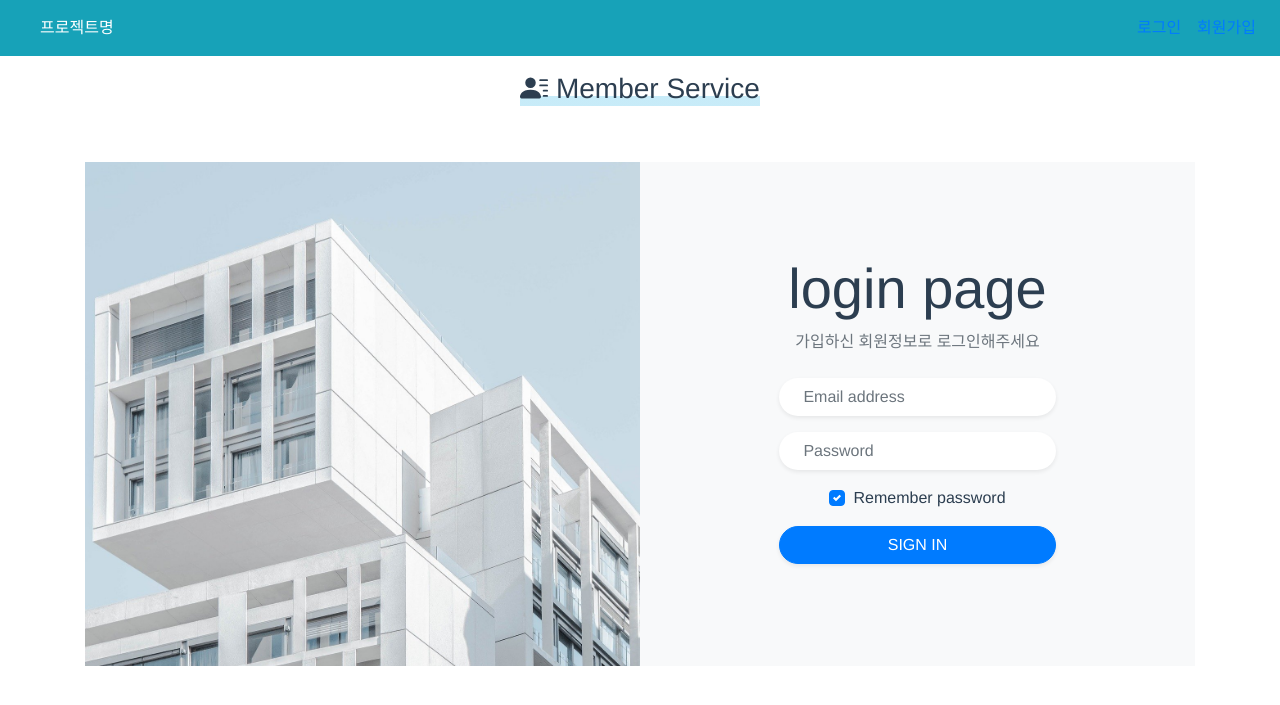
Repository: cheery72/Project_Real_estate
Page: /user/singin (app in frontend/)
The author's editor kept a copy of each file at every save. The page is drawn from the files as they stood at one save, then again after the next save.
The browser window is 1280 px wide. The pictures show the whole page.
The project was rebuilt for these pictures with package versions that can differ from the ones it lists, and the page was loaded fresh each time. Also part of the build but not shown: frontend/vue.config.js, frontend/src/components/user/child/MemberJoinForm.vue, frontend/src/components/user/MemberJoin.vue, frontend/src/components/user/child/MemberInfoForm.vue, frontend/src/components/user/MemberMyPage.vue, frontend/src/components/user/BookMarkListRow.vue, frontend/src/components/user/MemberMyBookmark.vue. Imported but missing from the stored project, and not drawn on this page: frontend/src/views/Home.vue.

Above is the page before, as saved 2021-11-25 11:13:57.

### frontend/src/main.js
import Vue from "vue";
import App from "./App.vue";
import router from "./router";
import store from "./store";
import { BootstrapVue, IconsPlugin } from "bootstrap-vue";
import memberStore from "@/store/modules/memberStore";
import "bootstrap/dist/css/bootstrap.css";
import "bootstrap-vue/dist/bootstrap-vue.css";

// Make BootstrapVue available throughout your project
Vue.use(BootstrapVue);
// Optionally install the BootstrapVue icon components plugin
Vue.use(IconsPlugin);

Vue.config.productionTip = false;

new Vue({
  router,
  store,
  async beforeCreate() {
    let token = sessionStorage.getItem("access-token");
    if (memberStore.state.userInfo == null && token) {
      await memberStore.dispatch("getUserInfo", token);
    }
  },

  render: (h) => h(App),
}).$mount("#app");

### frontend/src/App.vue
<template>
  <div id="app">
    <nav-bar />
    <router-view />
  </div>
</template>

<script>
import NavBar from "@/components/layout/NavBar.vue"

export default {
  components:{
    NavBar,
  }
}

</script>

<style>
#app {
  font-family: Avenir, Helvetica, Arial, sans-serif;
  -webkit-font-smoothing: antialiased;
  -moz-osx-font-smoothing: grayscale;
  text-align: center;
  color: #2c3e50;
}

#nav {
  padding: 30px;
}

#nav a {
  font-weight: bold;
  color: #2c3e50;
}

#nav a.router-link-exact-active {
  color: #42b983;
}
</style>

### frontend/src/router/index.js
import Vue from "vue";
import VueRouter from "vue-router";
import Home from "../views/Home.vue";

import Member from "@/views/Member.vue";
import MemberJoin from "@/components/user/MemberJoin.vue";
import MemberLogin from "@/components/user/MemberLogin.vue";

import MemberMyPage from "@/components/user/MemberMyPage.vue";
import MemberMyBookmark from "@/components/user/MemberMyBookmark.vue";
import store from "@/store/index.js";

// https://router.vuejs.org/kr/guide/advanced/navigation-guards.html
const onlyAuthUser = async (to, from, next) => {
  //어디로 갈건지, 이전, 다음페이지
  // console.log(store);
  const checkUserInfo = store.getters["memberStore/checkUserInfo"]; //checkUserInfo의 리턴값을 가져와라
  const getUserInfo = store._actions["memberStore/getUserInfo"]; //getUserInfo의 리턴값을 가져와라
  let token = sessionStorage.getItem("access-token");
  if (checkUserInfo == null && token) {
    await getUserInfo(token); //서버에 가서 정상적인 토큰인지 검사해라 .. 여기서 정상적인사람이면 서버가 UserInfo를 준다.
  }
  if (checkUserInfo === null) {
    //서버에 갔다왔는데도 null이면...
    alert("로그인이 필요한 페이지입니다..");
    // next({ name: "SignIn" });
    router.push({ name: "SignIn" });
  } else {
    //정상적인 사람이니까 다음페이지로 갈수 있도록 적용(밑에 beforeEnter붙은 것들)
    console.log("로그인 했다.");
    next();
  }
};


Vue.use(VueRouter);

const routes = [
  {
    path: "/",
    name: "Home",
    component: Home,
  },
  {
    path: "/user",
    name: "Member",
    component: Member,
    children: [
      {
        path: "singin",
        name: "SignIn",
        component: MemberLogin,
      },
      {
        path: "singup",
        name: "SignUp",
        component: MemberJoin,
      },
      {
        path: "mybookmark",
        name: "MyBookmark",
        component: MemberMyBookmark,
      },
      {
        path: "mypage",
        name: "MyPage",
        beforeEnter: onlyAuthUser,
        component: MemberMyPage,
      },
    ],
  },
];

const router = new VueRouter({
  mode: "history",
  base: process.env.BASE_URL,
  routes,
});

export default router;

### frontend/src/store/index.js
import Vue from "vue";
import Vuex from "vuex";
import http from "@/js/http-common.js";
import createPersistedState from "vuex-persistedstate";
import memberStore from "@/store/modules/memberStore.js";

Vue.use(Vuex);

export default new Vuex.Store({
  state: {
    sidos: [{ value: null, text: "선택하세요" }],
    guguns: [{ value: null, text: "선택하세요" }],
    dongs: [{ value: null, text: "선택하세요" }],
    apts: [],
    apt: null,
    positions: [],
    cctvs: [],
    dongName: null,
    subways: [],
    schools: [],
    // bookmark: null,
    // bookmarks: [],
  },
  mutations: {
    // 시도 리스트
    SET_SIDO_LIST(state, sidos) {
      sidos.forEach((sido) => {
        state.sidos.push({ value: sido.sidoCode, text: sido.sidoName });
      });
    },
    CLEAR_SIDO_LIST(state) {
      state.guguns = [{ value: null, text: "선택하세요" }];
    },
    // 구군 리스트
    SET_GUGUN_LIST(state, guguns) {
      guguns.forEach((gugun) => {
        state.guguns.push({ value: gugun.gugunCode, text: gugun.gugunName });
      });
    },
    CLEAR_GUGUN_LIST(state) {
      state.guguns = [{ value: null, text: "선택하세요" }];
    },
    // 동 리스트
    SET_DONG_LIST(state, dongs) {
      dongs.forEach((dong) => {
        state.dongs.push({
          value: [dong.dongCode, dong.dongName],
          text: dong.dongName,
        });
      });
    },
    CLEAR_DONG_LIST(state) {
      state.dongs = [{ value: null, text: "선택하세요" }];
    },
    // 해당 구,동 아파트 리스트
    SET_APT_LIST(state, apts) {
      state.apts = apts;
      state.dongName = apts[0].dongName;
    },
    CLEAR_APT_LIST(state) {
      state.positions = [];
    },
    // 아파트 선택시 세부사항
    SET_DETAIL_APT(state, apt) {
      state.apt = apt;
    },
    // cctv 정보
    SET_CCTV_LIST(state, cctv) {
      state.cctvs = cctv;
    },
    // 지하철 정보
    SET_SUBWAY_LIST(state, subway) {
      state.subways = subway;
    },
    // 학교 정보
    SET_SCHOOL_LIST(state, school) {
      state.schools = school;
    },
    // SET_DETAIL_BOOKMARK(state, apt) {
    //   state.bookmark = apt;

    // }
  },
  actions: {
    // 셀렉트바 시도 가져오기
    getSido({ commit }) {
      http
        .get(`/apt/sido`)
        .then((response) => {
          commit("SET_SIDO_LIST", response.data);
        })
        .catch((error) => {
          console.log(error);
        });
    },
    getGugun({ commit }, sidoCode) {
      const params = { sido: sidoCode };
      http
        .get(`/apt/gugun`, { params })
        .then((response) => {
          commit("SET_GUGUN_LIST", response.data);
        })
        .catch((error) => {
          console.log(error);
        });
    },
    getDong({ commit }, gugunCode) {
      const params = { gugun: gugunCode };
      http
        .get(`/apt/dongname`, { params })
        .then((response) => {
          commit("SET_DONG_LIST", response.data);
        })
        .catch((error) => {
          console.log(error);
        });
    },
    getAptList({ commit }, dongCode) {
      const params = { dong: dongCode };
      http
        .get(`/apt/aptinfo`, { params })
        .then((response) => {
          commit("SET_APT_LIST", response.data);
        })
        .catch((error) => {
          console.log(error);
        });
    },
    getCctvList({ commit }, dongName) {
      const params = { dong: dongName };
      http
        .get(`/cctv/cctvinfo`, { params })
        .then((response) => {
          commit("SET_CCTV_LIST", response.data);
        })
        .catch((error) => {
          console.log(error);
        });
    },
    getSubwayList({ commit }) {
      http
        .get(`/subway/subwayinfo`)
        .then((response) => {
          commit("SET_SUBWAY_LIST", response.data);
        })
        .catch((error) => {
          console.log(error);
        });
    },
    getSchoolList({ commit }, dongName) {
      const params = { dong: dongName };
      http
        .get(`/school/schoolinfo`, { params })
        .then((response) => {
          commit("SET_SCHOOL_LIST", response.data);
        })
        .catch((error) => {
          console.log(error);
        });
    },
    // detailBookmark({ commit }, apt) {
    //   commit("SET_DETAIL_BOOKMARK", apt)

    // }
  },
  modules: { memberStore },
  plugins: [
    createPersistedState({
      // 브라우저 종료시 제거하기 위해 localStorage가 아닌 sessionStorage로 변경. (default: localStorage)
      storage: sessionStorage,
    }),
  ],
});

### frontend/src/store/modules/memberStore.js
import jwt_decode from "jwt-decode";
import { login } from "@/api/member.js";
import { findById } from "@/api/member";
import http from "@/js/http-common.js";


const memberStore = {
  namespaced: true,
  state: {
    isLogin: false,
    isLoginError: false,
    userInfo: null,
    bookmark: [],
    bookmarks: [],
  },
  getters: {
    checkUserInfo: function (state) {
      return state.userInfo;
    },
  },
  mutations: {
    SET_IS_LOGIN: (state, isLogin) => {
      state.isLogin = isLogin;
    },
    SET_IS_LOGIN_ERROR: (state, isLoginError) => {
      state.isLoginError = isLoginError;
    },
    SET_USER_INFO: (state, userInfo) => {
      state.isLogin = true;
      state.userInfo = userInfo;
    },
    SET_BOOKMARK_LIST(state, apt){
      // 배열에 추가
      state.bookmark.push(apt);
    },
    SET_BOOKMARK_INFO(state, mark){
      // state.bookmarks = mark;
      state.bookmarks.push(mark);
    },
    SET_BOOKMARK_LIST_INFO(state, bookmarklist) {
      state.bookmarks = bookmarklist;
    }
  },
  actions: {
    async userConfirm({ commit }, user) {
      await login(
        user,
        (response) => {
          if (response.data.message === "success") {
            let token = response.data["access-token"];
            commit("SET_IS_LOGIN", true);
            commit("SET_IS_LOGIN_ERROR", false);
            sessionStorage.setItem("access-token", token);

          } else {
            commit("SET_IS_LOGIN", false);
            commit("SET_IS_LOGIN_ERROR", true);
          }
        },
        () => {}
      );
    },
    getUserInfo({ commit }, token) {
      let decode_token = jwt_decode(token);
      findById(
        decode_token.userid,
        (response) => {
          if (response.data.message === "success") {
            commit("SET_USER_INFO", response.data.userInfo);
          } else {
            console.log("유저 정보 없음!!");
          }
        },
        (error) => {
          console.log(error);
        }
      );
    },
    getBookmark({ commit }, mark) {//등록

      let decode_token = jwt_decode(sessionStorage.getItem("access-token"));

      const params = { bookmark: mark.aptCode, accesstoken: decode_token.userid };
      console.log("파라미터출력",params);

      http
      .post(`/bookmark/register`, params)
      .then((response) => {
        console.log("response출력");
        console.log(response.data);
        commit("SET_BOOKMARK_INFO", response.data);
      }).catch((error) => {
        console.log("에러출력");
        console.log(error);
      })
    },

    getBookmarkList({ commit }) {

      let decode_token = jwt_decode(sessionStorage.getItem("access-token"));
      const userid= decode_token.userid;

      http.get(`/bookmark/list/${userid}`).then(({ data }) => {

        console.log("북마크조회 결과", data);
        commit("SET_BOOKMARK_LIST_INFO", data.result);
         });

    }
  },
};

export default memberStore;

### frontend/src/components/layout/NavBar.vue
<template>
  <div>
  <b-navbar toggleable="lg" type="dark" variant="info">
    <b-navbar-brand href="#"></b-navbar-brand>

    <b-navbar-toggle target="nav-collapse"></b-navbar-toggle>

    <b-collapse id="nav-collapse" is-nav>
      <b-navbar-nav>
        <b-nav-item href="#"
            ><router-link :to="{ name: 'Home' }" class="link" style="color: white"
            >프로젝트명</router-link
            ></b-nav-item
          >
      </b-navbar-nav>

      <!-- Right aligned nav items -->
      <b-navbar-nav class="ml-auto" v-if="userInfo">
          <b-nav-item class="align-self-center"
            ><b-avatar
              variant="primary"
              v-text="userInfo ? userInfo.userid.charAt(0).toUpperCase() : ''"
            ></b-avatar
            >{{ userInfo.username }}({{ userInfo.userid }})님
            환영합니다.</b-nav-item
          >
          <b-nav-item class="align-self-center"
            ><router-link
              :to="{ name: 'MyPage' }"
              class="link align-self-center" style="color: white"
              >내정보보기</router-link
            ></b-nav-item
          >
           <b-nav-item href="#" class="link align-self-center"
            ><router-link :to="{ name: 'MyBookmark' }" class="link" style="color: white"
              >내관심지역</router-link
            ></b-nav-item
          >
          <b-nav-item
            class="link align-self-center"
            @click.prevent="onClickLogout"
            >로그아웃</b-nav-item
          >
        </b-navbar-nav>

        <!-- Right aligned nav items -->
        <b-navbar-nav class="ml-auto" v-else>
          <b-nav-item href="#"
            ><router-link :to="{ name: 'SignIn' }" class="link"
              >로그인</router-link
            ></b-nav-item
          >

          <b-nav-item href="#"
            ><router-link :to="{ name: 'SignUp' }" class="link"
              >회원가입</router-link
            ></b-nav-item
          >
        </b-navbar-nav>
    </b-collapse>
  </b-navbar>
</div>
</template>

<script>
import { mapState, mapMutations } from "vuex";

const memberStore = "memberStore";

export default {
  name: "NavBar",
  computed: {
    ...mapState(memberStore, ["isLogin", "userInfo"]),
  },
  methods: {
    ...mapMutations(memberStore, ["SET_IS_LOGIN", "SET_USER_INFO"]),
    onClickLogout() {
      this.SET_IS_LOGIN(false);
      this.SET_USER_INFO(null);
      sessionStorage.removeItem("access-token");
      if (this.$route.path != "/") this.$router.push({ name: "Home" });
    },
  },
};
</script>

<style>
a {
  color:azure;
}
</style>

### frontend/src/views/Member.vue
<template>
  <b-container class="bv-example-row mt-3 text-center">
    <h3 class="underline-steelblue">
      <b-icon icon="person-lines-fill"></b-icon> Member Service
    </h3>
    <router-view></router-view>
  </b-container>
</template>

<script>
export default {
  name: "Member",
};
</script>

<style scoped>
.underline-steelblue {
  display: inline-block;
  background: linear-gradient(
    180deg,
    rgba(255, 255, 255, 0) 70%,
    rgba(72, 190, 233, 0.3) 30%
  );
}
</style>

### frontend/src/components/user/MemberLogin.vue
<template>

 <div class="container-fluid">
   <br>
   <br>
    <div class="row no-gutter">
        <!-- The image half -->
        <div class="col-md-6 d-none d-md-flex bg-image"></div>


        <!-- The content half -->
        <div class="col-md-6 bg-light">
            <div class="login d-flex align-items-center py-5">

                <!-- Demo content-->
                <div class="container">
                    <div class="row">
                        <div class="col-lg-10 col-xl-7 mx-auto">
                            <h2 class="display-4">login page</h2>
                            <p class="text-muted mb-4">가입하신 회원정보로 로그인해주세요</p>
                            <form>
                                <div class="form-group mb-3">
                                    <input id="inputEmail" type="email" placeholder="Email address" required="" autofocus="" class="form-control rounded-pill border-0 shadow-sm px-4">
                                </div>
                                <div class="form-group mb-3">
                                    <input id="inputPassword" type="password" placeholder="Password" required="" class="form-control rounded-pill border-0 shadow-sm px-4 text-primary">
                                </div>
                                <div class="custom-control custom-checkbox mb-3">
                                    <input id="customCheck1" type="checkbox" checked class="custom-control-input">
                                    <label for="customCheck1" class="custom-control-label">Remember password</label>
                                </div>
                                <button type="submit" class="btn btn-primary btn-block text-uppercase mb-2 rounded-pill shadow-sm">Sign in</button>

                            </form>
                        </div>
                    </div>
                </div><!-- End -->

            </div>
        </div><!-- End -->

    </div>
</div>
</template>
<style>
.login,
.image {
  min-height: 70vh;
}

.bg-image {
  /* //background-image: url('https://therichpost.com/wp-content/uploads/2021/02/login-split.jpg'); */
  background-image: url("../../assets/apartment.jpg");
  background-size: cover;
  background-position: center center;
}
</style>



<script>
import { mapState, mapActions } from "vuex";

const memberStore = "memberStore";

export default {
  name: "MemberLogin",
  data() {
    return {
      user: {
        userid: null,
        userpwd: null,
      },
    };
  },
  computed: {
    ...mapState(memberStore, ["isLogin", "isLoginError"]),
  },
  methods: {
    ...mapActions(memberStore, ["userConfirm", "getUserInfo"]),
    async confirm() {
      await this.userConfirm(this.user);
      let token = sessionStorage.getItem("access-token");
      if (this.isLogin) {
        await this.getUserInfo(token);
        this.$router.push({ name: "Home" });
      }
    },
    movePage() {
      this.$router.push({ name: "SignUp" });
    },
  },
};
</script>

<style></style>

### frontend/src/api/member.js
import { apiInstance } from "./index.js";

const api = apiInstance();

async function login(user, success, fail) {
    await api
        .post(`/user/login`, JSON.stringify(user))
        .then(success)
        .catch(fail);
}

async function findById(userid, success, fail) {
    api.defaults.headers["access-token"] =
        sessionStorage.getItem("access-token");
    await api.get(`/user/info/${userid}`).then(success).catch(fail);
}
//회원가입
async function joinMember(user, success, fail) {
    await api
        .post(`/user/join`, JSON.stringify(user))
        .then(success)
        .catch(fail);
}

//아이디체크
async function checkId(userid, success, fail) {
    await api.get(`/user/idCheck/${userid}`).then(success).catch(fail);
}

//수정
async function modifyInfo(user, success, fail) {
    api.defaults.headers["access-token"] =
        sessionStorage.getItem("access-token");
    await api
        .put(`/user/${user.userId}`, JSON.stringify(user))
        .then(success)
        .catch(fail);
}

//삭제
async function deleteInfo(user, success, fail) {
    api.defaults.headers["access-token"] =
        sessionStorage.getItem("access-token");
    await api.delete(`/user/${user.userId}`).then(success).catch(fail);
}

export { login, findById, modifyInfo, deleteInfo, joinMember, checkId };

### frontend/src/api/index.js
import axios from "axios";
import { API_BASE_URL } from "@/config";

// axios 객체 생성
function apiInstance() {
    const instance = axios.create({
        baseURL: API_BASE_URL,
        headers: {
            "Content-type": "application/json",
        },
    });
    return instance;
}

export { apiInstance };

### frontend/src/config/index.js
const API_BASE_URL = "http://localhost:8080";
export { API_BASE_URL };

Loaded but not shown: frontend/public/index.html (common file); frontend/src/js/http-common.js (common file)

After the next save:
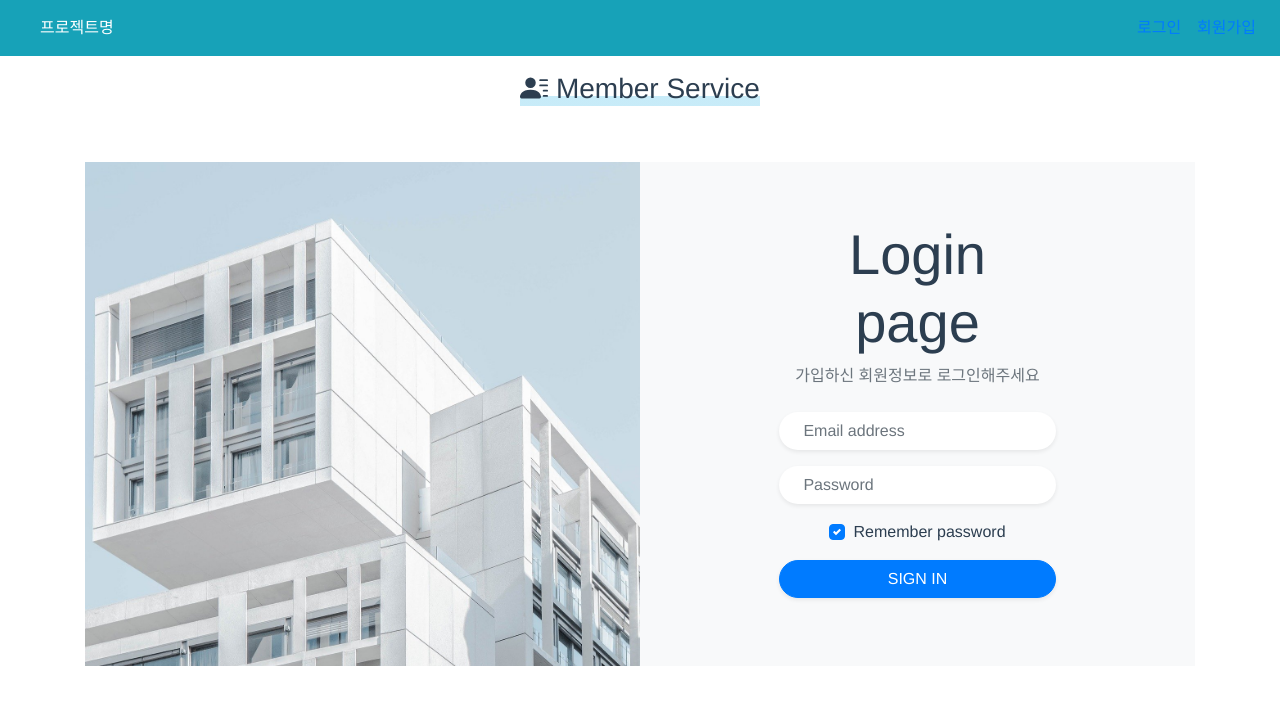
Saved 17 s later.
--- a/frontend/src/components/user/MemberLogin.vue
+++ b/frontend/src/components/user/MemberLogin.vue
@@ -16,7 +16,7 @@
                 <div class="container">
                     <div class="row">
                         <div class="col-lg-10 col-xl-7 mx-auto">
-                            <h2 class="display-4">login page</h2>
+                            <h2 class="display-4">Login page</h2>
                             <p class="text-muted mb-4">가입하신 회원정보로 로그인해주세요</p>
                             <form>
                                 <div class="form-group mb-3">

After the save that followed:
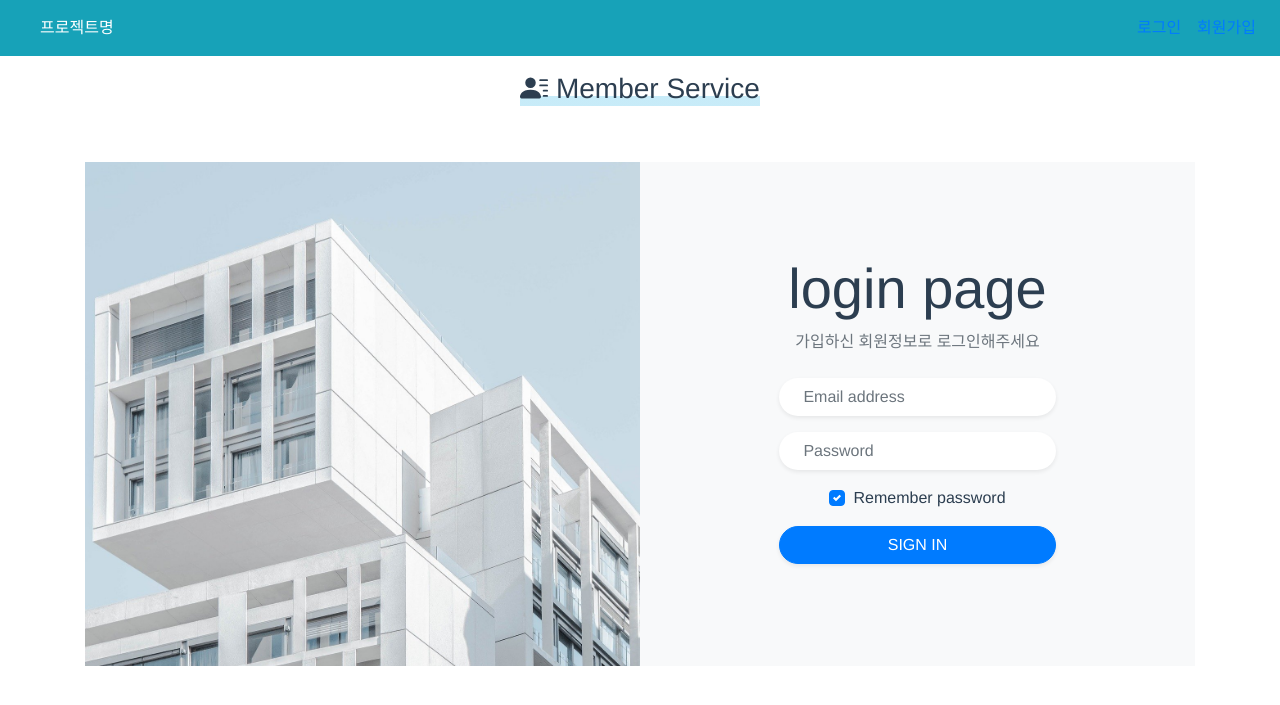
Saved 8 s later.
--- a/frontend/src/components/user/MemberLogin.vue
+++ b/frontend/src/components/user/MemberLogin.vue
@@ -16,7 +16,7 @@
                 <div class="container">
                     <div class="row">
                         <div class="col-lg-10 col-xl-7 mx-auto">
-                            <h2 class="display-4">Login page</h2>
+                            <h2 class="display-4">login page</h2>
                             <p class="text-muted mb-4">가입하신 회원정보로 로그인해주세요</p>
                             <form>
                                 <div class="form-group mb-3">
